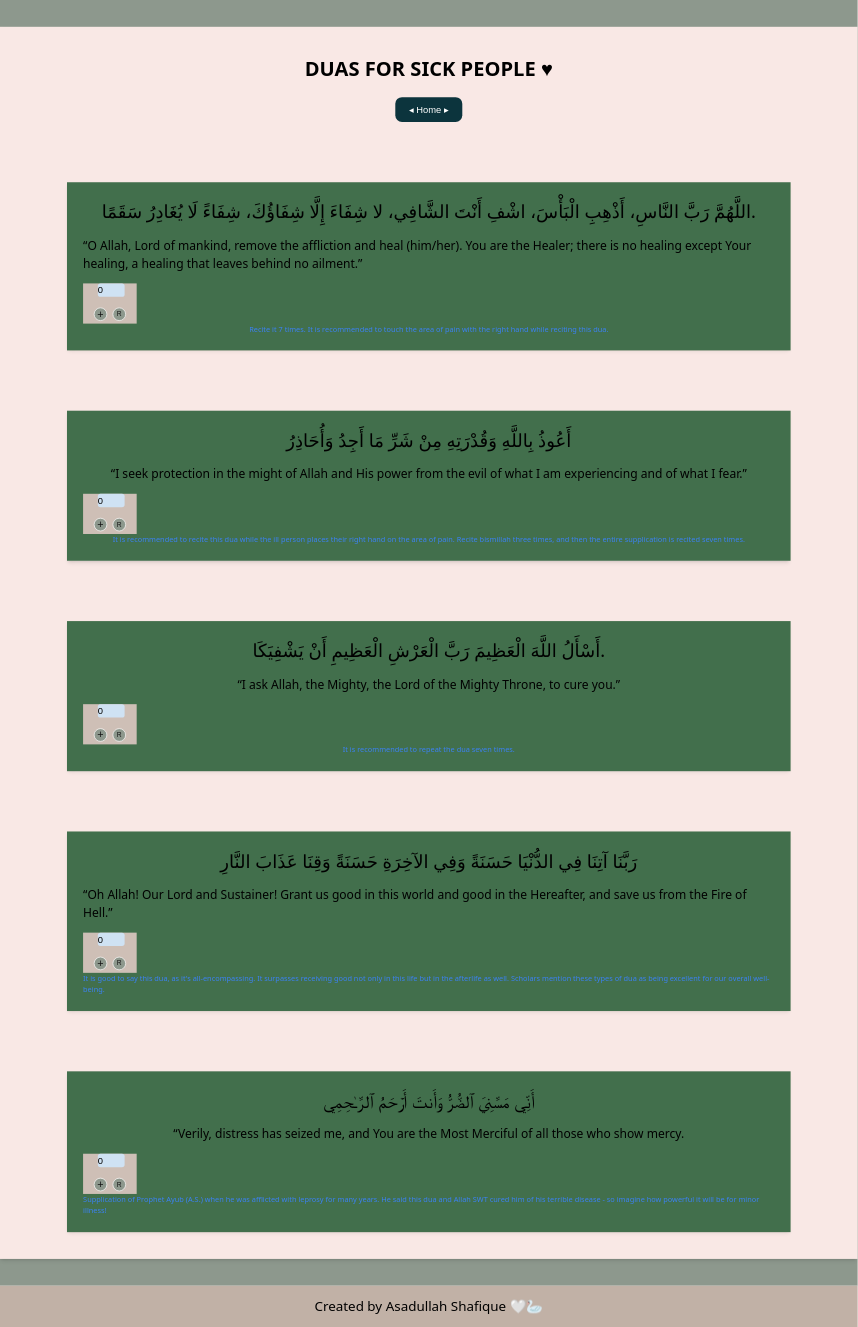
Repository: asadullah48/Duas_Diary
Page: /sick
These files come from the project's save history. The page is drawn as it stood at one moment and after the next save; the edit follows.
The browser window is 1280 px wide. The pictures show the whole page, at 67% of full size.
The project was rebuilt for these pictures with package versions that can differ from the ones it lists, and the page was loaded fresh each time. The framework's server and built-in components were replaced by stand-ins that run in the browser. Also part of the build but not shown: next.config.ts.

Above is the page before, as saved 2024-11-30 10:14:25.

### src/app/layout.tsx
import type { Metadata } from "next";
import localFont from "next/font/local";
import "./globals.css";
import Footer from "../components/footer";

const geistSans = localFont({
  src: "./fonts/GeistVF.woff",
  variable: "--font-geist-sans",
  weight: "100 900",
});
const geistMono = localFont({
  src: "./fonts/GeistMonoVF.woff",
  variable: "--font-geist-mono",
  weight: "100 900",
});

export const metadata: Metadata = {
  title: "Create Next App",
  description: "Generated by create next app",
};

export default function RootLayout({
  children,
}: Readonly<{
  children: React.ReactNode;
}>) {
  return (
    <html lang="en">
      <body
        className={`${geistSans.variable} ${geistMono.variable} antialiased`}
      >
        {children}
        <Footer/>
      </body>
    </html>
  );
}

### src/app/sick/page.tsx
import Link from "next/link";
import LightPinkSection from "@/components/props";
import Button from "@/components/button";

export default function Sick() {
  return (
    <div className="w-full h-auto bg-[#8D988D] flex justify-center items-center py-10">
      <div className="w-[95%] lg:w-[1300px] h-auto bg-[#F9E8E5] p-5 lg:p-10 rounded-md shadow-md">
        <div className="font-sans font-bold text-[24px] lg:text-[30px] text-black text-center mb-5">
          DUAS FOR SICK PEOPLE ♥
        </div>
        <Link href="/">
          <button className="bg-[#0c343d] text-white text-[12px] lg:text-[14px] mt-3 mb-5 mx-auto block rounded-[10px] px-5 py-2">
            ◂ Home ▸
          </button>
        </Link>

        {/* Dua Sections */}
        <LightPinkSection
          paragraph="اللَّهُمَّ رَبَّ النَّاسِ، أَذْهِبِ الْبَأْسَ، اشْفِ أَنْتَ الشَّافِي، لا شِفَاءَ إِلَّا شِفَاؤُكَ، شِفَاءً لَا يُغَادِرُ سَقَمًا."
          paragraph2="“O Allah, Lord of mankind, remove the affliction and heal (him/her). You are the Healer; there is no healing except Your healing, a healing that leaves behind no ailment.”"
          buttonText={<Button />}
          note="Recite it 7 times. It is recommended to touch the area of pain with the right hand while reciting this dua."
        />
        <LightPinkSection
          paragraph="أَعُوذُ بِاللَّهِ وَقُدْرَتِهِ مِنْ شَرِّ مَا أَجِدُ وَأُحَاذِرُ"
          paragraph2="“I seek protection in the might of Allah and His power from the evil of what I am experiencing and of what I fear.”"
          buttonText={<Button />}
          note="It is recommended to recite this dua while the ill person places their right hand on the area of pain. Recite bismillah three times, and then the entire supplication is recited seven times."
        />
        <LightPinkSection
          paragraph="أَسْأَلُ اللَّهَ الْعَظِيمَ رَبَّ الْعَرْشِ الْعَظِيمِ أَنْ يَشْفِيَكَا."
          paragraph2="“I ask Allah, the Mighty, the Lord of the Mighty Throne, to cure you.”"
          buttonText={<Button />}
          note="It is recommended to repeat the dua seven times."
        />
        <LightPinkSection
          paragraph="رَبَّنَا آتِنَا فِي الدُّنْيَا حَسَنَةً وَفِي الآخِرَةِ حَسَنَةً وَقِنَا عَذَابَ النَّارِ"
          paragraph2="“Oh Allah! Our Lord and Sustainer! Grant us good in this world and good in the Hereafter, and save us from the Fire of Hell.”"
          buttonText={<Button />}
          note="It is good to say this dua, as it's all-encompassing. It surpasses receiving good not only in this life but in the afterlife as well. Scholars mention these types of dua as being excellent for our overall well-being."
        />
        <LightPinkSection
          paragraph="أَنِّي مَسَّنِيَ ٱلضُّرُّ وَأَنتَ أَرۡحَمُ ٱلرَّـٰحِمِي"
          paragraph2="“Verily, distress has seized me, and You are the Most Merciful of all those who show mercy."
          buttonText={<Button />}
          note="Supplication of Prophet Ayub (A.S.) when he was afflicted with leprosy for many years. He said this dua and Allah SWT cured him of his terrible disease - so imagine how powerful it will be for minor illness!"
        />
      </div>
    </div>
  );
}

### src/components/footer.tsx
// components/Footer.tsx
export default function Footer() {
    return (
      <footer className="w-full bg-[#C1B1A6] py-4">
        <div className="text-center text-black font-sans text-[16px] sm:text-[18px] lg:text-[20px]">
          Created by Asadullah Shafique 🤍🦢
        </div>
      </footer>
    );
  }

### src/components/props.tsx
import { ReactNode } from "react";

type SectionProps = {
  paragraph: string;
  buttonText: ReactNode;
  paragraph2: string;
  note: string; // Allows JSX elements, strings, or components
};

export default function LightPinkSection({
  paragraph,
  buttonText,
  paragraph2,
  note,
}: SectionProps) {
  return (
    <div className="w-[90%] bg-[#0e4b20c5] p-6 rounded-lg mx-auto shadow-md mt-[90px]">
      <p className="text-black text-[27px] font-sans mb-4 flex justify-center">
        {paragraph}
      </p>
      <p className="text-black text-[18px] font-sans mb-4 flex justify-center">
        {paragraph2}
      </p>
      <div>{buttonText}</div>
      <p className="text-blue-500 text-[11px] font-sans flex justify-center">
        {note}
      </p>
    </div>
  );
}

### src/components/button.tsx
"use client";

import { useState } from "react";

export default function Button() {
  // hook, event ke against ui ko update krna
  let [count, setcount] = useState(0); //returns array ik element hota hai jese yaha pr 0 hai  ik function aur jo function hota hai woh humari value hoti h
  console.log(count);

  const handleClick = () => {
    setcount(count + 1); //re-renders new value
  };

  const handleReset = () => {
    setcount(0); // reset back to 0
  };

  return (
    <div className="bg-[#CEBFB6] w-[80px] h-[60px] flex flex-col items-center justify-between">
      <p className="text-black w-[40px] flex text-sm bg-[#cfe2f3] rounded ml-1">
        {count}
      </p>

      <div className="flex space-x-2 mt-2">
        <button
          onClick={handleClick}
          className="bg-[#8D988D] w-[20px] h-[20px] px-1 py-1 rounded-full border mt-1 mb-1 border-white flex items-center justify-center text-center"
        >
          +
        </button>

        {/* Reset Button */}
        <button
          onClick={handleReset}
          className="bg-[#8D988D] w-[20px] h-[20px] px-1 py-1 rounded-full border mt-1 mb-1 border-white flex items-center justify-center text-[10px] text-center"
        >
          R
        </button>
      </div>
    </div>
  );
}

Loaded but not shown: src/app/globals.css (common file); tailwind.config.ts (common file)

After the next save:
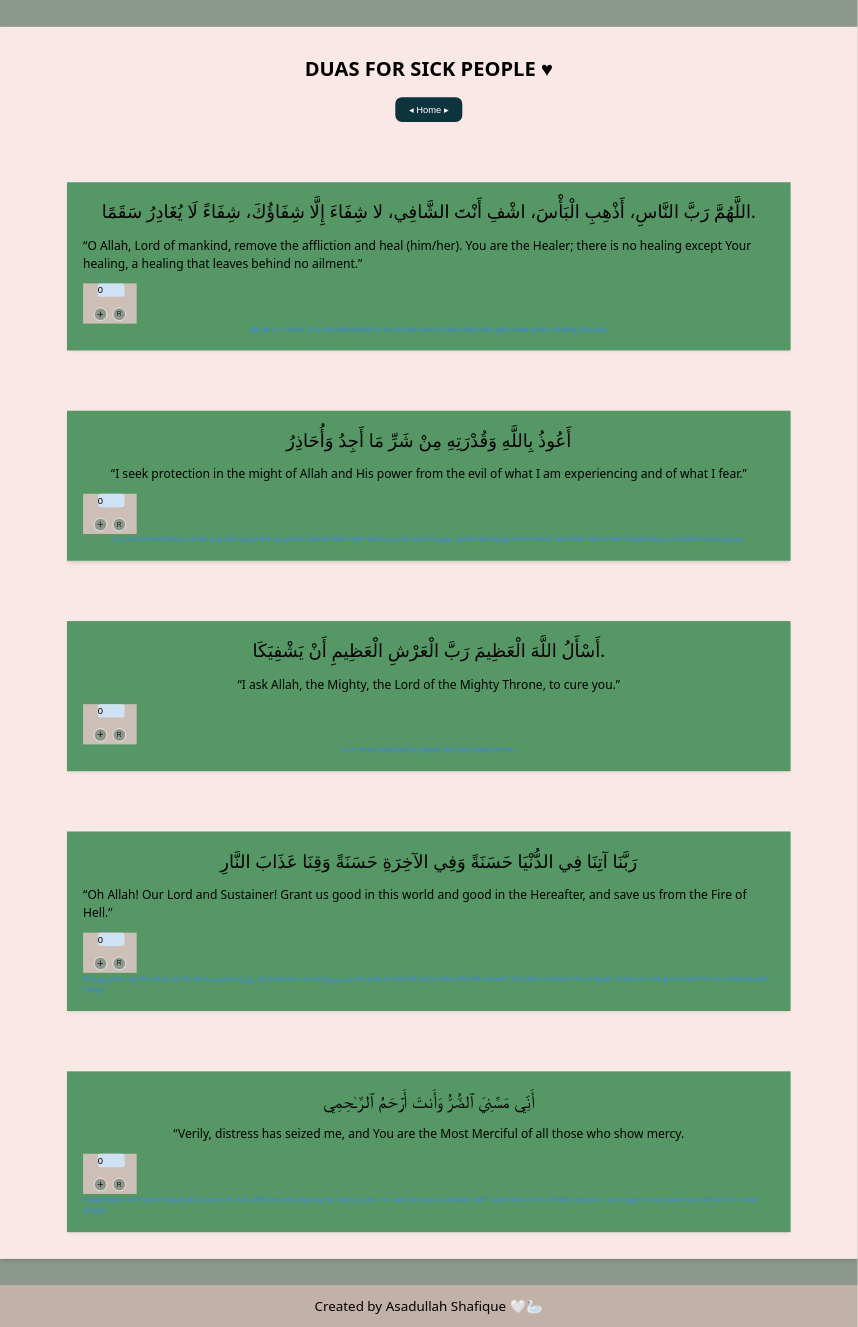
Saved 9 s later.
--- a/src/components/props.tsx
+++ b/src/components/props.tsx
@@ -14,7 +14,7 @@ export default function LightPinkSection({
   note,
 }: SectionProps) {
   return (
-    <div className="w-[90%] bg-[#0e4b20c5] p-6 rounded-lg mx-auto shadow-md mt-[90px]">
+    <div className="w-[90%] bg-[#268041c5] p-6 rounded-lg mx-auto shadow-md mt-[90px]">
       <p className="text-black text-[27px] font-sans mb-4 flex justify-center">
         {paragraph}
       </p>
